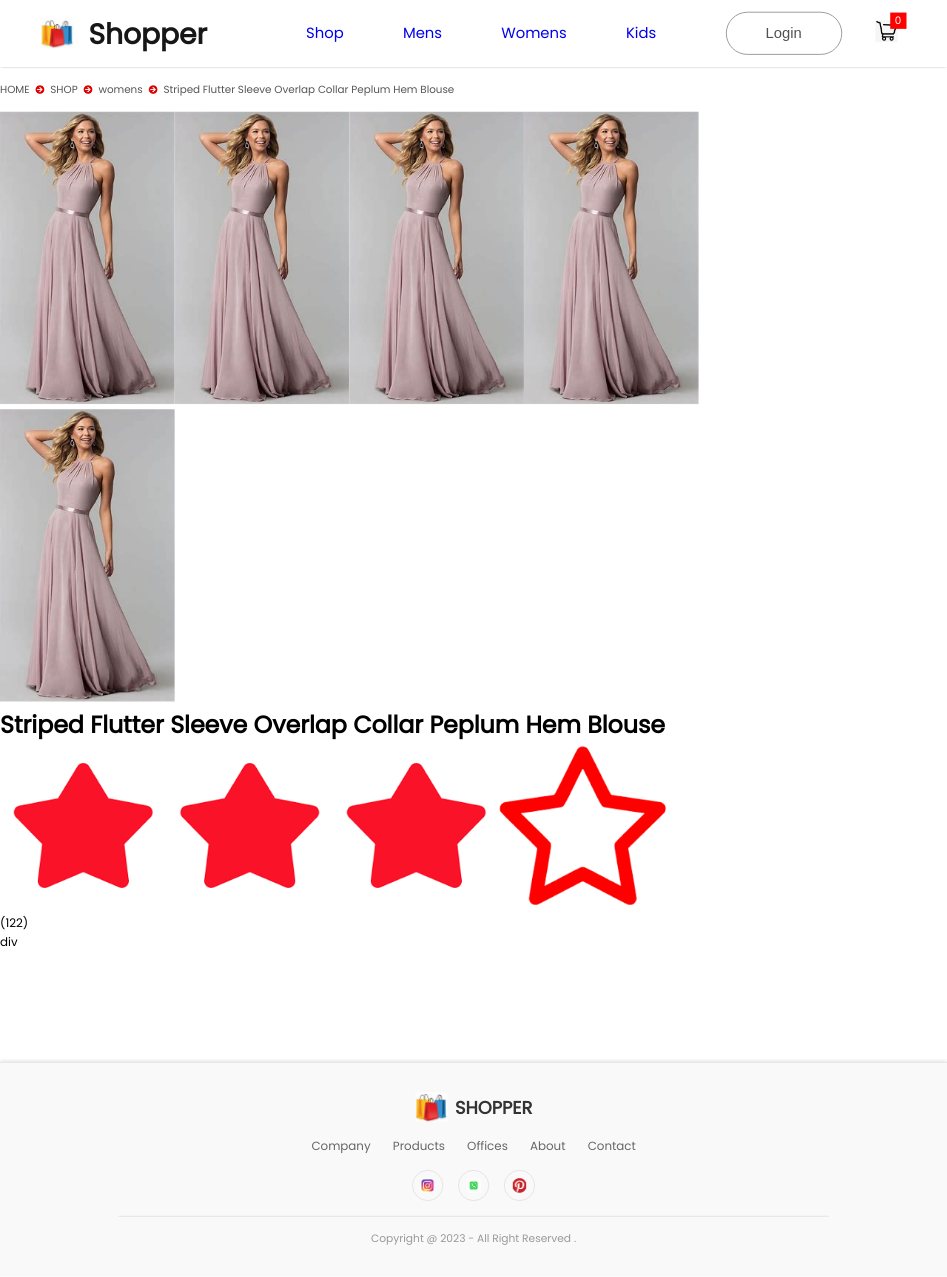
Repository: sshaiv/Shoppie_EcommerceAPP
Page: /product/1
The author's editor kept a copy of each file at every save. The page is drawn from the files as they stood at one save, then again after the next save.
The browser window is 1280 px wide. The pictures show the whole page, at 74% of full size.
The project was rebuilt for these pictures with package versions that can differ from the ones it lists, and the page was loaded fresh each time. Also part of the build but not shown: src/App.css, src/Components/Pages/CSS/ShopCategory.css, src/Components/Item/Item.css, src/Components/Item/Item.jsx, src/Components/Pages/ShopCategory.jsx, src/Components/ProductDisplay/ProductDisplay.css, src/Components/Pages/Cart.jsx, src/Components/Pages/CSS/LoginSignup.css and 14 more.

Above is the page before, as saved 2024-07-16 21:49:40.

### public/index.html
<!DOCTYPE html>
<html lang="en">
  <head>
    <meta charset="utf-8" />
    <link rel="icon" href="%PUBLIC_URL%/favicon.ico" />
    <meta name="viewport" content="width=device-width, initial-scale=1" />
    <meta name="theme-color" content="#000000" />
    <meta
      name="description"
      content="Web site created using create-react-app"
    />
    <link rel="apple-touch-icon" href="%PUBLIC_URL%/logo192.png" />
    <!--
      manifest.json provides metadata used when your web app is installed on a
      user's mobile device or desktop. See https://developers.google.com/web/fundamentals/web-app-manifest/
    -->
    <link rel="manifest" href="%PUBLIC_URL%/manifest.json" />
    <!--
      Notice the use of %PUBLIC_URL% in the tags above.
      It will be replaced with the URL of the `public` folder during the build.
      Only files inside the `public` folder can be referenced from the HTML.

      Unlike "/favicon.ico" or "favicon.ico", "%PUBLIC_URL%/favicon.ico" will
      work correctly both with client-side routing and a non-root public URL.
      Learn how to configure a non-root public URL by running `npm run build`.
    -->
    <link rel="preconnect" href="https://fonts.googleapis.com">
    <link rel="preconnect" href="https://fonts.gstatic.com" crossorigin>
    <link href="https://fonts.googleapis.com/css2?family=Poppins&display=swap" rel="stylesheet">
    <title>E-Commerce</title>
  </head>
  <body>
    <noscript>You need to enable JavaScript to run this app.</noscript>
    <div id="root"></div>
    <!--
      This HTML file is a template.
      If you open it directly in the browser, you will see an empty page.

      You can add webfonts, meta tags, or analytics to this file.
      The build step will place the bundled scripts into the <body> tag.

      To begin the development, run `npm start` or `yarn start`.
      To create a production bundle, use `npm run build` or `yarn build`.
    -->
  </body>
</html>

### src/index.js
import React from 'react';
import ReactDOM from 'react-dom/client';
import './index.css';
import App from './App';
import ShopContextProvider from './Components/Context/ShopContext';

const root = ReactDOM.createRoot(document.getElementById('root'));
root.render(
  <ShopContextProvider>
    <App/>
  </ShopContextProvider>
);

// If you want to start measuring performance in your app, pass a function
// to log results (for example: reportWebVitals(console.log))
// or send to an analytics endpoint. Learn more: https://bit.ly/CRA-vitals

### src/index.css
*{
  margin: 0;
}

body {
  margin: 0;
  font-family: -apple-system, BlinkMacSystemFont, 'Segoe UI', 'Roboto', 'Oxygen',
    'Ubuntu', 'Cantarell', 'Fira Sans', 'Droid Sans', 'Helvetica Neue',
    sans-serif;
  -webkit-font-smoothing: antialiased;
  -moz-osx-font-smoothing: grayscale;

 font-family:'Poppins';

}

code {
  font-family: source-code-pro, Menlo, Monaco, Consolas, 'Courier New',
    monospace;
}

### src/App.js
import React from 'react';
import './App.css';
import Navbar from './Components/Navbar/Navbar';
import { BrowserRouter, Routes, Route } from 'react-router-dom';
import ShopCategory from './Components/Pages/ShopCategory';
import Product from './Components/Pages/Product';
import Cart from './Components/Pages/Cart';
import LoginSignup from './Components/Pages/LoginSignup';
import Shop from './Components/Pages/Shop';
import Footer from './Components/Footer/Footer';
import men_banner from './Components/Assets/banner_mens.png';
import women_banner from './Components/Assets/banner_women.png';
import kid_banner from './Components/Assets/banner_kids.png';

const App = () => {
  return (
    <div>
      <BrowserRouter>
        <Navbar />
        <Routes>
          <Route path='/' element={<Shop />} />
          <Route path='/mens' element={<ShopCategory banner={men_banner} category='mens' />} />
          <Route path='/womens' element={<ShopCategory banner={women_banner} category='womens' />} />
          <Route path='/kids' element={<ShopCategory banner={kid_banner} category='kids' />} />
          <Route path='/product' element={<Product />} />
          <Route path='/product/:productID' element={<Product />} />
          <Route path='/cart' element={<Cart />} />
          <Route path='/login' element={<LoginSignup />} />
        </Routes>
        <Footer />
      </BrowserRouter>
    </div>
  );
}

export default App;

### src/Components/Context/ShopContext.jsx
import React, { createContext } from 'react';
import all_product from '../Assets/all_products';

export const ShopContext = createContext(null);

const ShopContextProvider = (props) => {
  const contextValue = { all_product };

  return (
    <ShopContext.Provider value={contextValue}>
      {props.children}
    </ShopContext.Provider>
  );
}

export default ShopContextProvider;

### src/Components/Navbar/Navbar.jsx
import React, { useState } from 'react'
import './Navbar.css'
import logo from '../Assets/logo.png'
import cart_icon from '../Assets/cart_icon.png'
import { Link } from 'react-router-dom'

const Navbar = () => {
const [menu,setMenu]=useState("shop");

  return (
    <div>
      <div className='navbar'>
        <div className='nav-logo'>
          <img src={logo} alt="Logo" />
          <p>Shopper</p>
        </div>
        <ul className='nav-menu'>
            <li onClick={()=>{setMenu("shop")}}><Link style={{textDecoration:'none'}} to='/'>Shop </Link>{menu==="shop"? <hr/> :<></>}   </li>
            <li onClick={()=>{setMenu("mens")}}><Link style={{textDecoration:'none'}}  to='/mens'>Mens</Link> {menu==="shop"? <hr/> :<></>} </li>
            <li onClick={()=>{setMenu("womens")}}><Link style={{textDecoration:'none'}}  to='/womens'>Womens </Link> {menu==="shop"? <hr/> :<></>} </li>
            <li onClick={()=>{setMenu("kids")}}><Link style={{textDecoration:'none'}}  to='/kids'>Kids</Link> {menu==="shop"? <hr/> :<></>} </li>
        </ul>

        <div className="nav-login-cart">
          <Link to='/login'>  <button>Login</button></Link>
       <Link to='/cart'>   <img src={cart_icon} alt="" /></Link>
      <div className="nav-cart-count">0</div>
        </div>
      </div>
    </div>
  )
}

export default Navbar

### src/Components/Pages/Product.jsx
import React,{useContext} from 'react'
import { ShopContext } from '../Context/ShopContext'
import { useParams } from 'react-router-dom'
import Breadcrums from '../Breadcrums/Breadcrums';
import ProductDisplay from '../ProductDisplay/ProductDisplay';

const Product = () => {
  const {all_product}=useContext(ShopContext);
  const {productID}=useParams();
  const product =all_product.find((e)=>e.id===Number(productID));
  return (
    <div>
      <Breadcrums product={product}/>
      <ProductDisplay product={product}/>
    </div>
  )
}

export default Product

### src/Components/Footer/Footer.jsx
import React from 'react'
import './Footer.css'
import footer_logo from '../Assets/footer_logo.png'
import insta_logo from '../Assets/insta_logo.png'
import whatsapp_logo from '../Assets/whatsapp_logo.png'
import pinterest_logo from '../Assets/pinterest_logo.png'



const Footer = () => {
  return (
    <div className='footer'>
      <div className="footer-logo">
        <img src={footer_logo} alt="" />
        <p>SHOPPER</p>

      </div>
      <ul className="footer-links">
        <li>Company</li>
        <li>Products</li>
        <li>Offices</li>
        <li>About</li>
        <li>Contact</li>
      </ul>
      <div className="footer-social-icon">
        <div className="footer-icons-container">
            <img src={insta_logo} alt="" />
        </div>
        <div className="footer-icons-container">
            <img src={whatsapp_logo} alt="" />
        </div>
        <div className="footer-icons-container">
            <img src={pinterest_logo} alt="" />
        </div>
      </div>
      <div className="footer-copyright">
        <hr />
        <p>Copyright @ 2023 - All Right Reserved .</p>
      </div>
    </div>
  )
}

export default Footer

### src/Components/Assets/all_products.js
import p1_img from './product1.png';
import p2_img from './product2.png';
import p3_img from './product3.png';
import p4_img from './product4.png';
// Repeat or add new images as necessary

let all_product = [
    {
        id: 1,
        name: "Striped Flutter Sleeve Overlap Collar Peplum Hem Blouse",
        image: p1_img,
        new_price: 50.00,
        old_price: 80.50,
        category: "womens"
    },
    {
        id: 2,
        name: "Denim High Waist Skinny Jeans",
        image: p2_img,
        new_price: 65.00,
        old_price: 95.00,
        category: "womens"
    },
    {
        id: 3,
        name: "Linen Blend V-Neck Midi Dress",
        image: p3_img,
        new_price: 70.00,
        old_price: 110.00,
        category: "womens"
    },
    {
        id: 4,
        name: "Leather Crossbody Bag with Tassel Detail",
        image: p4_img,
        new_price: 45.00,
        old_price: 75.00,
        category: "womens"
    },
    {
        id: 5,
        name: "Classic White Cotton Shirt",
        image: p1_img,
        new_price: 40.00,
        old_price: 60.00,
        category: "mens"
    },
    {
        id: 6,
        name: "Slim Fit Chinos",
        image: p2_img,
        new_price: 55.00,
        old_price: 85.00,
        category: "mens"
    },
    {
        id: 7,
        name: "Floral Print A-Line Dress",
        image: p3_img,
        new_price: 75.00,
        old_price: 100.00,
        category: "womens"
    },
    {
        id: 8,
        name: "Faux Leather Biker Jacket",
        image: p4_img,
        new_price: 90.00,
        old_price: 120.00,
        category: "womens"
    },
    // Continue adding products with the appropriate category
    {
        id: 9,
        name: "Knitted Sweater",
        image: p1_img,
        new_price: 60.00,
        old_price: 90.00,
        category: "mens"
    },
    {
        id: 10,
        name: "Stretch Skinny Jeans",
        image: p2_img,
        new_price: 50.00,
        old_price: 80.00,
        category: "mens"
    },
    {
        id: 11,
        name: "Polka Dot Wrap Dress",
        image: p3_img,
        new_price: 85.00,
        old_price: 115.00,
        category: "womens"
    },
    {
        id: 12,
        name: "Wool Blend Coat",
        image: p4_img,
        new_price: 150.00,
        old_price: 200.00,
        category: "womens"
    },
    {
        id: 13,
        name: "Lace Trim Cami Top",
        image: p1_img,
        new_price: 35.00,
        old_price: 55.00,
        category: "womens"
    },
    {
        id: 14,
        name: "High Rise Shorts",
        image: p2_img,
        new_price: 45.00,
        old_price: 70.00,
        category: "mens"
    },
    {
        id: 15,
        name: "Puff Sleeve Midi Dress",
        image: p3_img,
        new_price: 65.00,
        old_price: 95.00,
        category: "womens"
    },
    {
        id: 16,
        name: "Quilted Crossbody Bag",
        image: p4_img,
        new_price: 55.00,
        old_price: 85.00,
        category: "womens"
    },
    {
        id: 17,
        name: "Oversized Denim Jacket",
        image: p1_img,
        new_price: 100.00,
        old_price: 130.00,
        category: "mens"
    },
    {
        id: 18,
        name: "Cargo Pants",
        image: p2_img,
        new_price: 60.00,
        old_price: 90.00,
        category: "mens"
    },
    {
        id: 19,
        name: "Embroidered Maxi Dress",
        image: p3_img,
        new_price: 110.00,
        old_price: 150.00,
        category: "womens"
    },
    {
        id: 20,
        name: "Suede Ankle Boots",
        image: p4_img,
        new_price: 95.00,
        old_price: 125.00,
        category: "womens"
    },
    {
        id: 21,
        name: "Ribbed Turtleneck Sweater",
        image: p1_img,
        new_price: 45.00,
        old_price: 70.00,
        category: "mens"
    },
    {
        id: 22,
        name: "Pleated Midi Skirt",
        image: p2_img,
        new_price: 55.00,
        old_price: 85.00,
        category: "womens"
    },
    {
        id: 23,
        name: "Off-Shoulder Evening Gown",
        image: p3_img,
        new_price: 150.00,
        old_price: 200.00,
        category: "womens"
    },
]

export default all_product;

### src/Components/Navbar/Navbar.css
.navbar{
    display: flex;
    justify-content: space-around;
    padding: 16px;
    box-shadow:0 1px 3px -2px black ;

}
.nav-logo{
    display:flex;
    align-items: center;
    gap: 10px;
}

.nav-logo p{
    color: #171717;
    font-size: 38px;
    font-weight: 600;
}
.nav-menu{
    display:flex;
    align-items:center;
    list-style: none;
    gap: 50px;
    color:#626262;
    font-size: 20px;
    font-weight: 500;

}


  .nav-logo img {
    height: 40px;
    margin-right: 10px;
  }



  .nav-menu li {
    margin: 0 15px;
    position: relative;
    cursor: pointer;
  }

  .nav-menu li:hover hr {
    display: block;
  }

  .nav-menu hr {
    display: none;
    width: 80%;
    height: 3px;
    border-radius: 10px;
    background-color:red;

  }

  .nav-login-cart {
    display: flex;
    align-items: center;
    gap: 45px;
  }

  .nav-login-cart button {
    width: 157px;
    height: 58px;
    outline: none;
    border: 1px solid #7a7a7a;
    border-radius: 75px;
    color:#515151;
    font-size: 20px;
    font-weight: 500;
    background: white;
    cursor: pointer;
  }

  .nav-login-cart button:active{
    background:#f3f3f3;
  }
  .nav-login-cart img {
    height: 30px;
    cursor: pointer;
  }
  .nav-cart-count{
    width: 22px;
    height: 22px;
    display: flex;
    justify-content: center;
    align-items:center;
    margin-top: -35px;
    margin-left: -55px;
    border: radius 11px;
    font-size: 14px;
    background-color:red;
    color:white;
  }

  @media (max-width: 768px) {
    .navbar {
      flex-direction: column;
      align-items: center;
    }

    .nav-logo p {
      font-size: 20px;
    }

    .nav-menu {
      flex-direction: column;
      align-items: center;
      gap: 10px;
    }

    .nav-menu li {
      margin: 10px 0;
    }

    .nav-login-cart {
      flex-direction: column;
      align-items: center;
      gap: 10px;
    }
  }

### src/Components/Breadcrums/Breadcrums.jsx
import React from 'react';
import './Breadcrum.css';
import arrow_icon from '../Assets/arrow_icon.png';

const Breadcrums = (props) => {
  const { product } = props;
  return (
    <div className='breadcrums'>
      HOME <img src={arrow_icon} alt="arrow" /> SHOP <img src={arrow_icon} alt="arrow" /> {product.category} <img src={arrow_icon} alt="arrow" /> {product.name}
    </div>
  );
}

export default Breadcrums;

### src/Components/ProductDisplay/ProductDisplay.jsx
import React from "react";
import "./ProductDisplay.css";
import star_icon from '../Assets/star_icon.png'
import star_dullicon from '../Assets/star_dullicon.png'

const ProductDisplay = (props) => {
  const { product } = props;
  return (
    <div className="productdisplay">
      <div className="productdisplay-left">
        <div className="productdisplay-img-list">
          <img src={product.image} alt="" />
          <img src={product.image} alt="" />
          <img src={product.image} alt="" />
          <img src={product.image} alt="" />
        </div>
        <div className="productdisplay-img">
          <img className="productdisplay-main-img" src={product.image} alt="" />
        </div>
      </div>
      <div className="productdisplay-right">
        <h1>{product.name}</h1>
        <div className="productdisplay-right-star">
          <img src={star_icon} alt="" />
          <img src={star_icon} alt="" />
          <img src={star_icon} alt="" />
          <img src={star_dullicon} alt="" />
       <p>(122)</p>
        </div>
        div
      </div>
    </div>
  );
};

export default ProductDisplay;

### src/Components/Footer/Footer.css
.footer {
    background-color: #f9f9f9;
    padding: 40px;
    text-align: center;
    border-top: 1px solid #ddd;
    box-shadow: 0 -2px 4px rgba(0, 0, 0, 0.1);
    position: relative;
    top: 150px;
  }

  .footer-logo {
    display: flex;
    justify-content: center;
    align-items: center;
    gap: 10px;
    margin-bottom: 20px;
  }

  .footer-logo img {
    height: 40px;
  }

  .footer-logo p {
    font-size: 1.5rem;
    font-weight: bold;
    color: #333;
  }

  .footer-links {
    list-style: none;
    padding: 0;
    display: flex;
    justify-content: center;
    gap: 30px;
    margin-bottom: 20px;
  }

  .footer-links li {
    font-size: 1rem;
    color: #666;
    cursor: pointer;
    transition: color 0.3s ease;
  }

  .footer-links li:hover {
    color: #ff4141;
  }

  .footer-social-icon {
    display: flex;
    justify-content: center;
    gap: 20px;
    margin-bottom: 20px;
  }

  .footer-icons-container {
    width: 40px;
    height: 40px;
    display: flex;
    justify-content: center;
    align-items: center;
    border: 1px solid #ddd;
    border-radius: 50%;
    transition: border-color 0.3s ease;
  }

  .footer-icons-container img {
    height: 20px;
  }

  .footer-icons-container:hover {
    border-color: #ff4141;
  }

  .footer-copyright {
    margin-top: 20px;
    font-size: 0.9rem;
    color: #999;
  }

  .footer hr {
    width: 80%;
    margin: 20px auto;
    border: none;
    border-top: 1px solid #ddd;
  }

### src/Components/Breadcrums/Breadcrum.css
/* CSS/Breadcrum.css */

.breadcrums {
    display: flex;
    align-items: center;
    font-size: 14px;
    color: #555;
    margin: 20px 0;
  }

  .breadcrums img {
    width: 12px;
    height: 12px;
    margin: 0 8px;
  }

  .breadcrums span {
    margin: 0 8px;
    color: #999;
  }

  .breadcrums a {
    text-decoration: none;
    color: inherit;
    transition: color 0.2s;
  }

  .breadcrums a:hover {
    color: #007bff;
  }

After the next save:
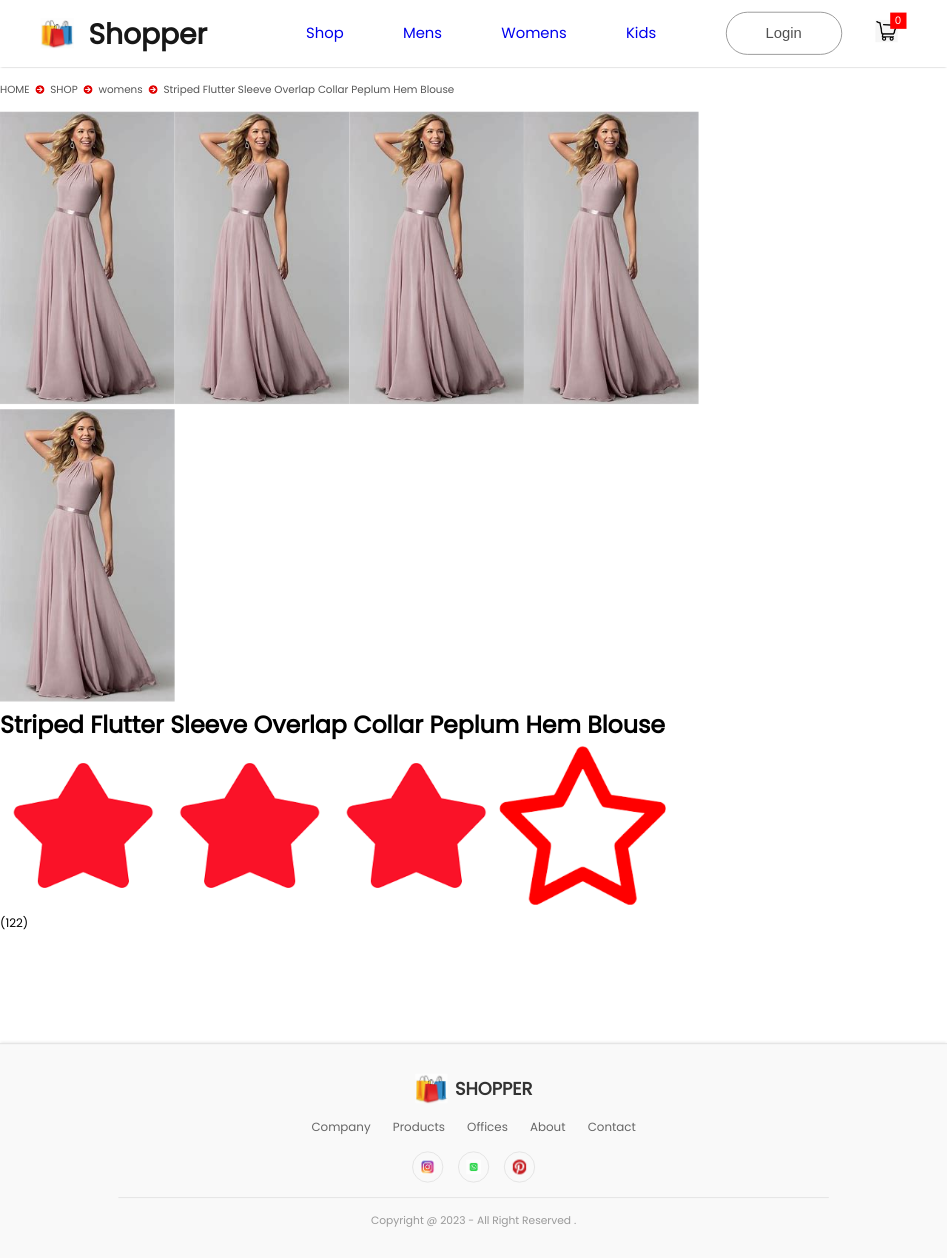
Saved 12 s later.
--- a/src/Components/ProductDisplay/ProductDisplay.jsx
+++ b/src/Components/ProductDisplay/ProductDisplay.jsx
@@ -27,7 +27,9 @@
           <img src={star_dullicon} alt="" />
        <p>(122)</p>
         </div>
-        div
+        <div className="productdisplay-right-prices">
+
+        </div>
       </div>
     </div>
   );

After the save that followed:
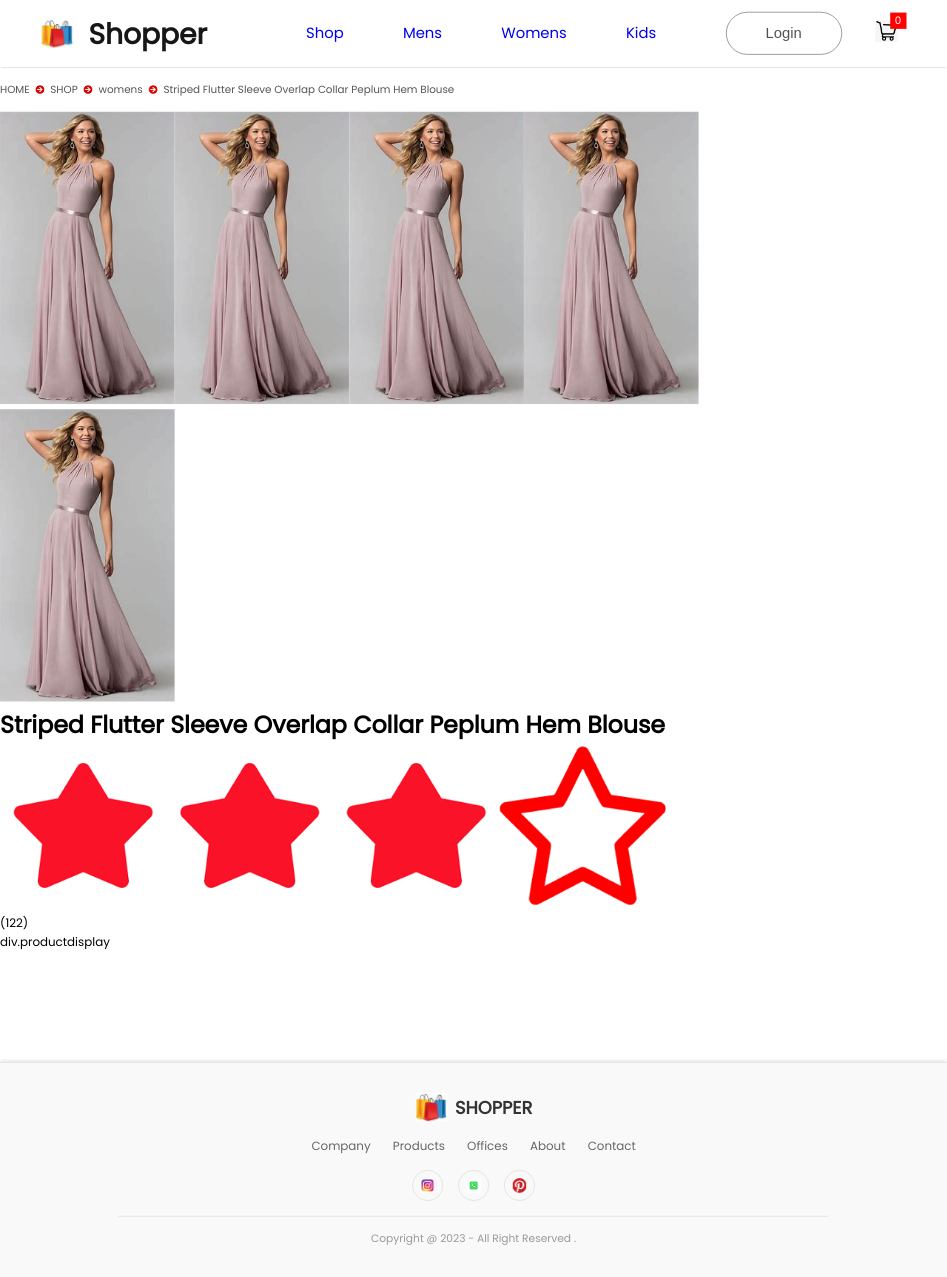
Saved 13 s later.
--- a/src/Components/ProductDisplay/ProductDisplay.jsx
+++ b/src/Components/ProductDisplay/ProductDisplay.jsx
@@ -28,7 +28,7 @@
        <p>(122)</p>
         </div>
         <div className="productdisplay-right-prices">
-
+            div.productdisplay
         </div>
       </div>
     </div>
